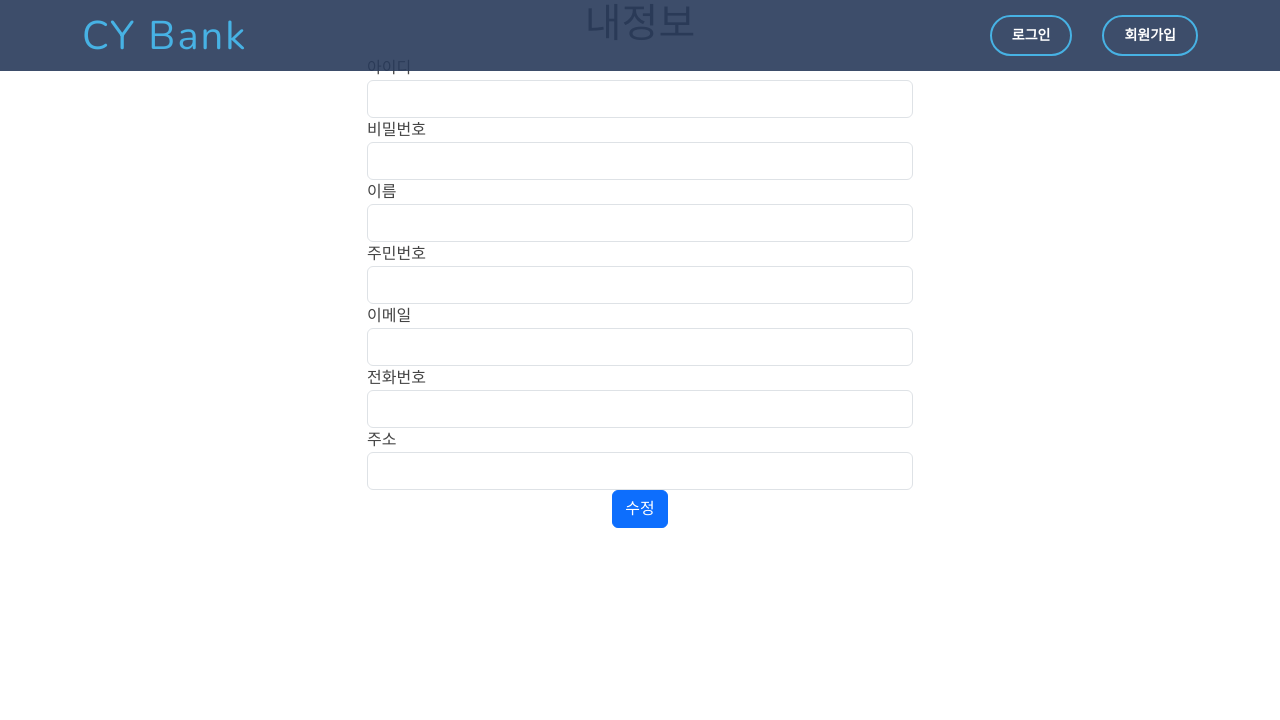
Repository: scy0814/Spring
Page: http://localhost/CYBank/jsp/myPage/MyPage.jsp
These files come from the project's save history. The page is drawn as it stood at one moment and after the next save; the edit follows.
The browser window is 1280 px wide. The pictures show the whole page.
The page is served by Tomcat 9.

Above is the page before, as saved 2023-06-26 12:59:24.

After the next save:
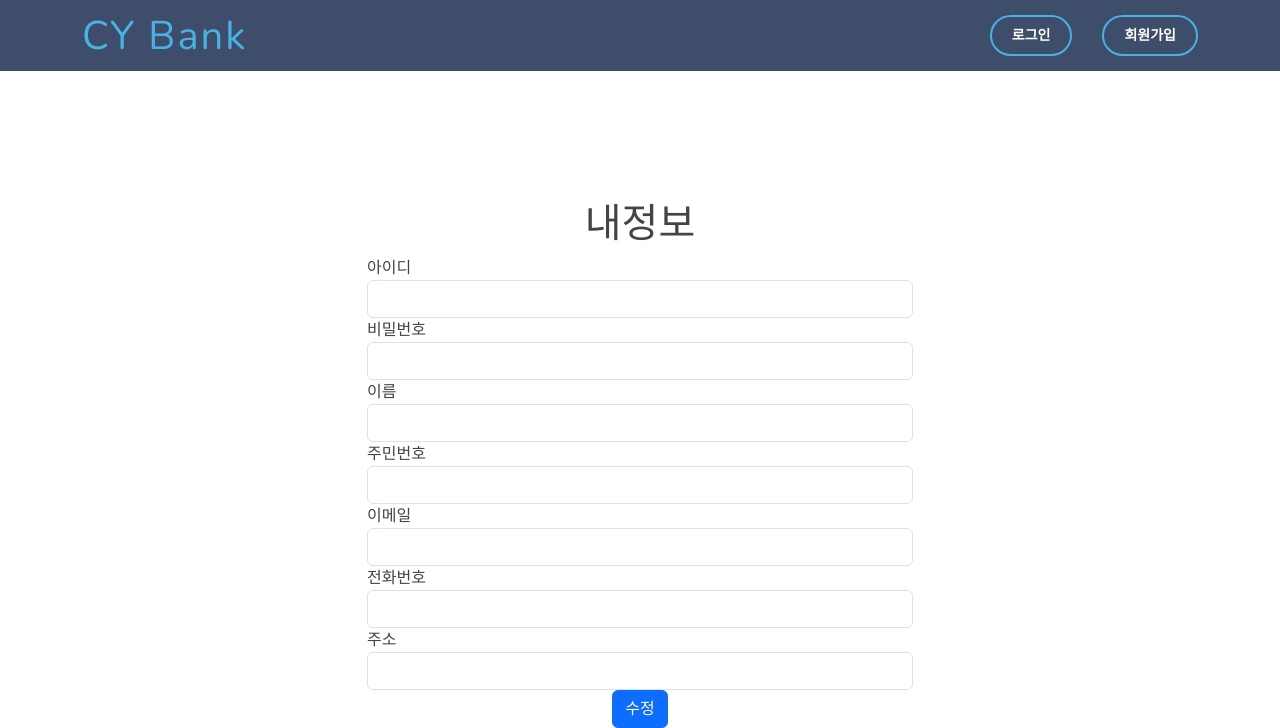
Saved 61 s later.
--- a/CYBank/src/main/webapp/jsp/myPage/MyPage.jsp
+++ b/CYBank/src/main/webapp/jsp/myPage/MyPage.jsp
@@ -12,7 +12,7 @@
         <div class="container">
             <div class="row justify-content-center">
                 <div class="col-lg-6">
-                    <h1 class="text-center">내정보</h1>
+                    <h1 class="text-center" style="margin-top: 200px;">내정보</h1>
                     <form action="updateInfo.do" method="post">
                         <div class="form-group">
                             <label for="id">아이디</label>
